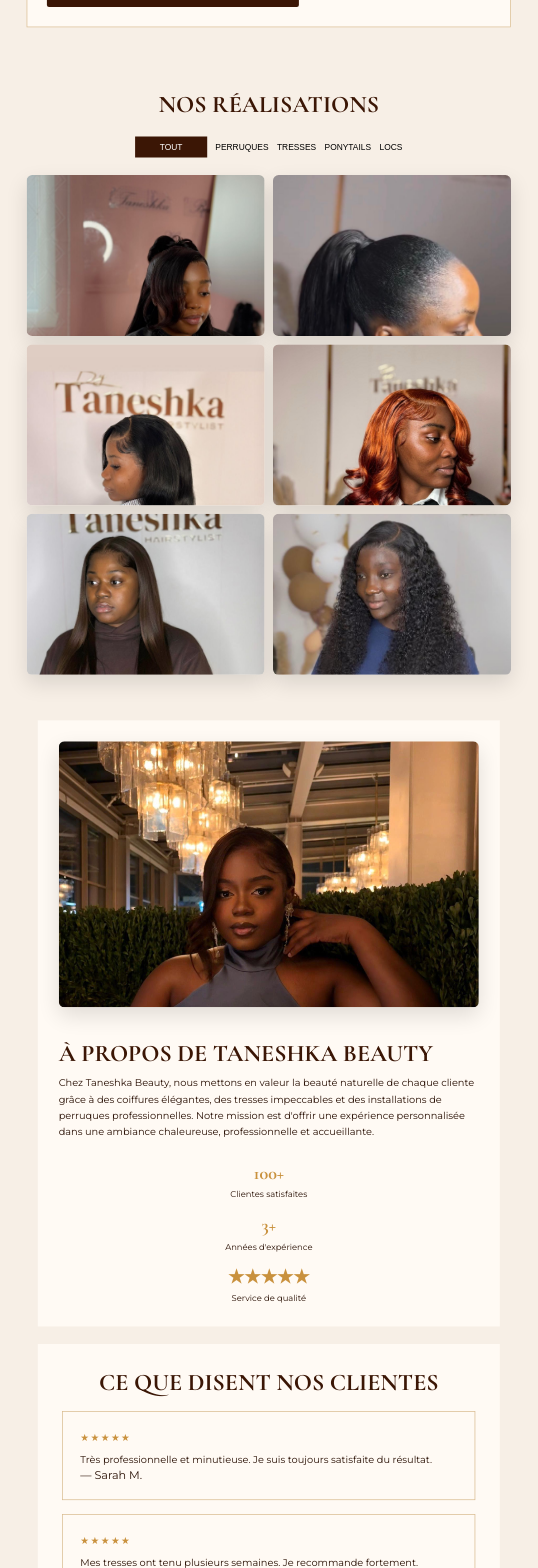
Repository: kngnepi/Taneshka-Beauty-House
Page: index.html
These files come from the project's save history. The page is drawn as it stood at one moment and after the next save; the edit follows.
The browser window is 768 px wide. The pictures show the part of the page from y = 2820 to 5060 px (the page is 8277 px tall before and 7998 px after), at 70% of full size.

Above is the page before, as saved 2026-07-05 20:43:38.

After the next save:
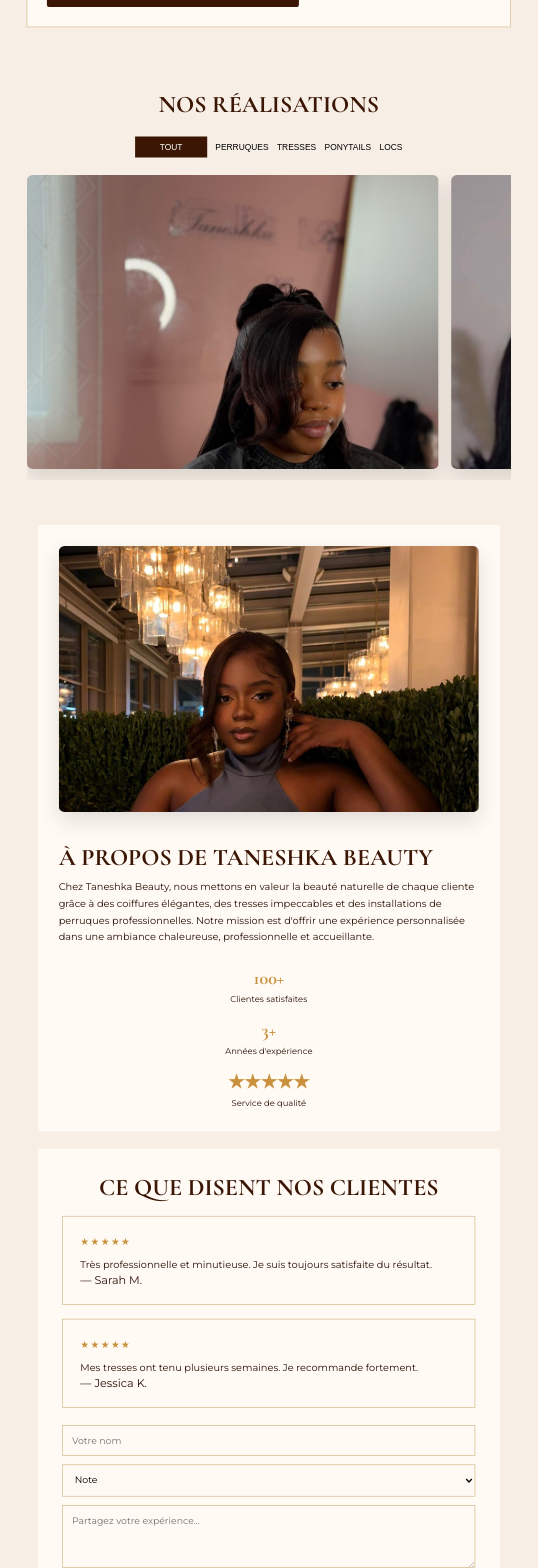
Saved 3 min 48 s later.
--- a/style.css
+++ b/style.css
@@ -933,3 +933,25 @@
     font-size: 28px;
   }
 }
+@media (max-width: 768px) {
+
+    .portfolio-grid{
+        display:flex;
+        overflow-x:auto;
+        scroll-snap-type:x mandatory;
+        gap:18px;
+        padding-bottom:15px;
+        -webkit-overflow-scrolling:touch;
+    }
+
+    .portfolio-item{
+        flex:0 0 85%;
+        height:420px;
+        scroll-snap-align:center;
+    }
+
+    .portfolio-grid::-webkit-scrollbar{
+        display:none;
+    }
+
+}
